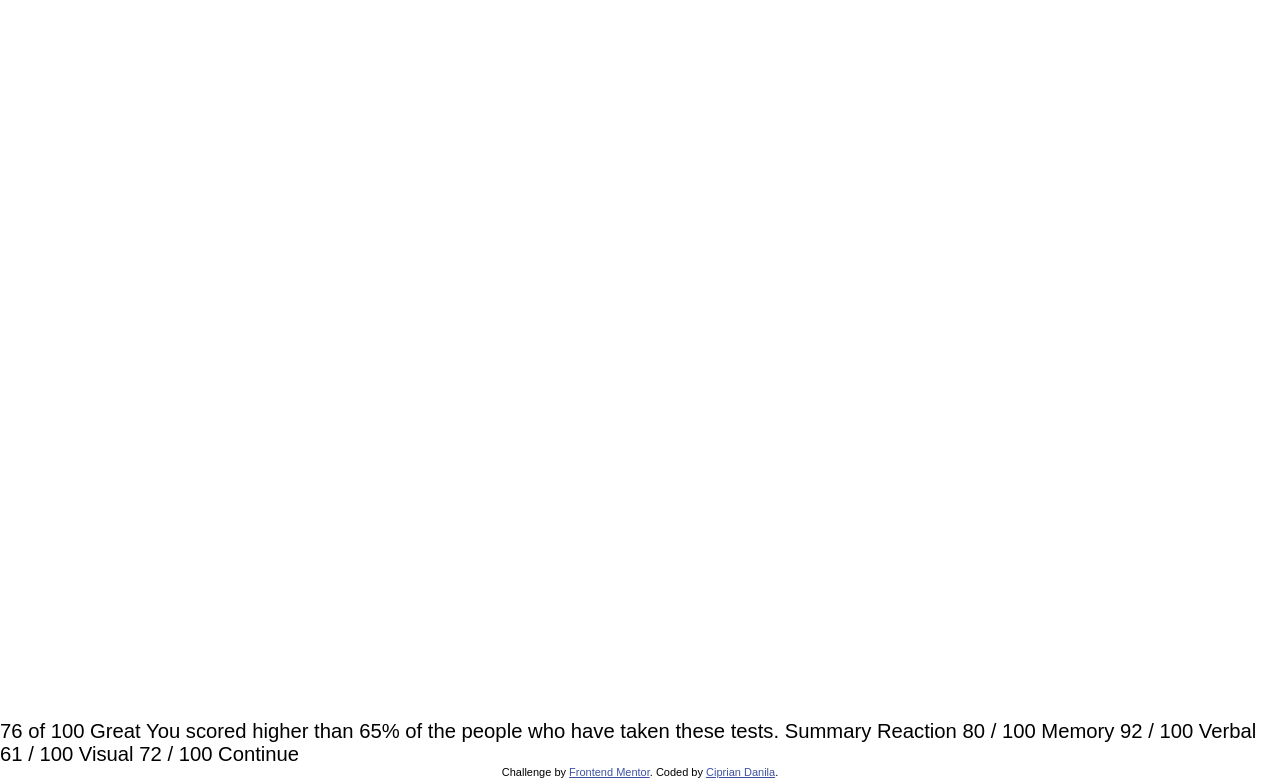
Repository: cipdanila/results-summary-component
Page: index.html
The author's editor kept a copy of each file at every save. The page is drawn from the files as they stood at one save, then again after the next save.
The browser window is 1280 px wide. The pictures show the whole page.

Above is the page before, as saved 2024-02-01 20:08:39.

### index.html
<!DOCTYPE html>
<html lang="en">
<head>
  <meta charset="UTF-8">
  <meta name="viewport" content="width=device-width, initial-scale=1.0"> <!-- displays site properly based on user's device -->

  <link rel="icon" type="image/png" sizes="32x32" href="./assets/images/favicon-32x32.png">
  <link rel="stylesheet" href="styles.css">
  <title>Frontend Mentor | Results summary component</title>

</head>
<body>
  <main>
    <div class="card">
      <div class="result">

      </div>
      <div class="summary">

      </div>
    </div>
  </main>


  76
  of 100

  Great
  You scored higher than 65% of the people who have taken these tests.

  Summary

  Reaction
  80 / 100

  Memory
  92 / 100

  Verbal
  61 / 100

  Visual
  72 / 100

  Continue

  <footer>
    <div class="attribution">
        Challenge by
        <a
            href="https://www.frontendmentor.io/challenges/results-summary-component-CE_K6s0maV/hub"
            target="_blank"
            rel="noopener noreferer"
            >Frontend Mentor</a
        >. Coded by <a href="https://github.com/cipdanila" target="_blank" rel="noopener noreferer">Ciprian Danila</a>.
    </div>
</footer>
</body>
</html>

### styles.css
@import url('https://fonts.googleapis.com/css2?family=Hanken+Grotesk:wght@500;700;800&display=swap');

:root {
    /* Colors */
    /* Primary */
    --light-red: hsl(0, 100%, 67%);
    --orange-yellow: hsl(39, 100%, 56%);
    --green-teal: hsl(166, 100%, 37%);
    --cobalt-blue: hsl(234, 85%, 45%);
    /* Gradients */
    --light-slate-blue: hsl(252, 100%, 67%);    /*  (background) */
    --light-royal-blue: hsl(241, 81%, 54%);    /* (background) */

    --violet-blue: hsla(256, 72%, 46%, 1); /* (circle) */
    --persian-blue: hsla(241, 72%, 46%, 0);    /* (circle) */
    /* Neutral */
    --white: hsl(0, 0%, 100%);
    --pale-blue: hsl(221, 100%, 96%);
    --light-lavender: hsl(241, 100%, 89%);
    --dark-gray-blue: hsl(224, 30%, 27%);
}

*, *::after, *::before {
    box-sizing: border-box;
    margin: 0;
    padding: 0;
}

body, html {
    height: 100%;
    font-family: "Outfit", sans-serif;
    font-size: 1.125rem;                /* 18px */
    font-weight: 300;
    background-color: var(--white);
}

main {
    display: flex;
    justify-content: center;
    align-items: center;
    height: 100%;
}

.attribution {
    font-size: 11px;
    text-align: center;
}
.attribution a {
    color: hsl(228, 45%, 44%);
}

After the next save:
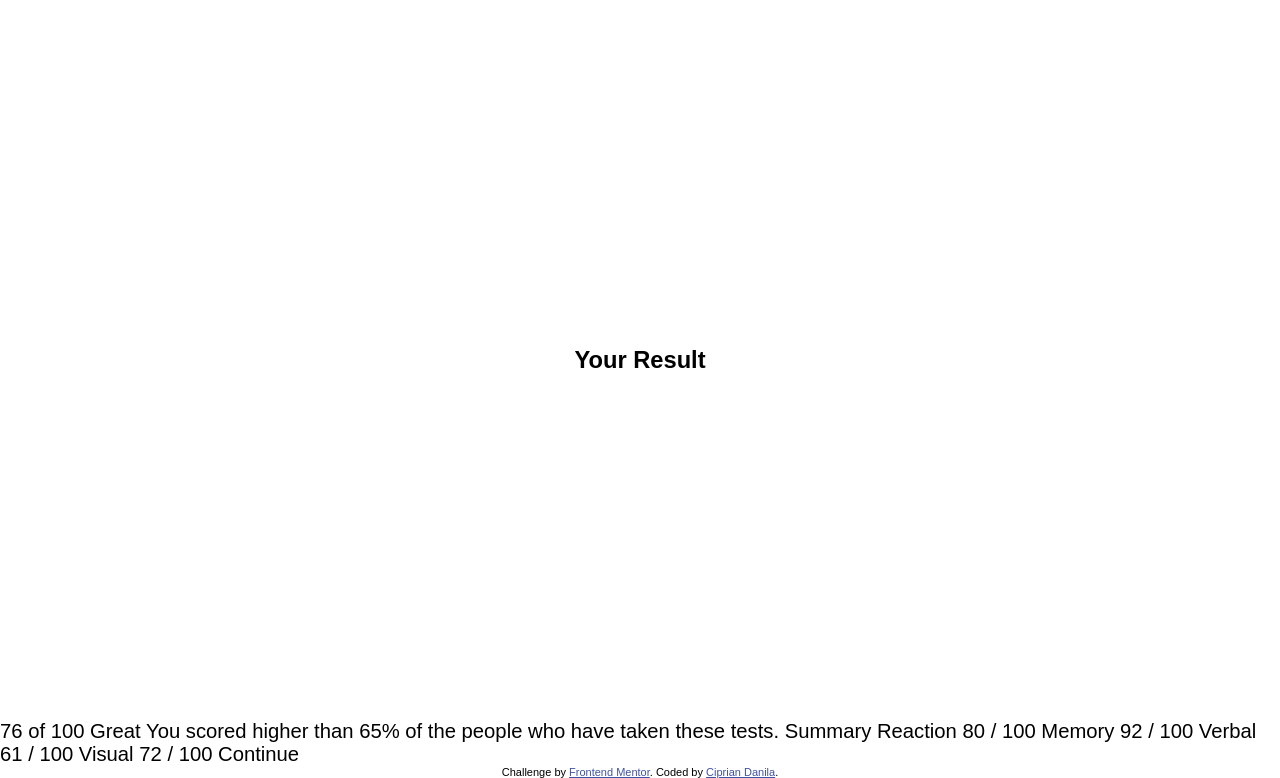
Saved 7 s later.
--- a/index.html
+++ b/index.html
@@ -13,7 +13,7 @@
   <main>
     <div class="card">
       <div class="result">
-
+        <h3>Your Result</h3>
       </div>
       <div class="summary">
 
